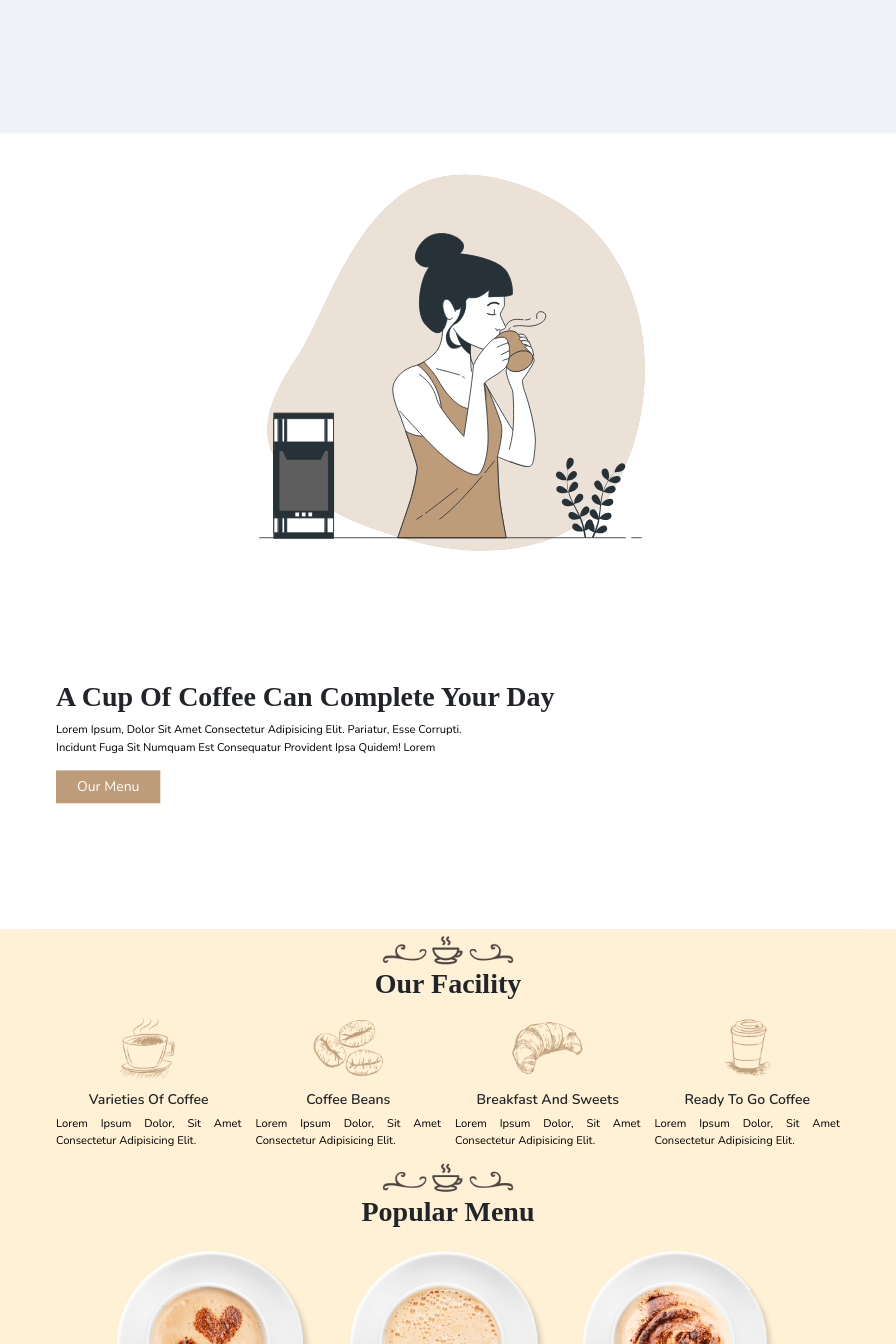
Repository: Ragavan728/coffee_full
Page: index.html
An editor plug-in stored every save of this project. The page is shown before and after a run of saves, followed by the edit.
The browser window is 1280 px wide. The pictures show the part of the page from y = 501 to 2421 px (the page is 5564 px tall before and 5087 px after), at 70% of full size.
Some web fonts or font styles are not loaded; a fallback is used.

Above is the page before, as saved 2025-02-10 16:04:05.

### index.html
<!DOCTYPE html>
<html lang="en">

<head>
    <meta charset="UTF-8">
    <meta name="viewport" content="width=device-width, initial-scale=1.0">
    <title>Coffee Shop</title>
    <link rel="shortcut icon" href="./assets/images/logo.png" type="image/x-icon">
    <link rel="stylesheet" href="./style.css">
    <link rel="stylesheet" href="https://cdnjs.cloudflare.com/ajax/libs/font-awesome/6.7.2/css/all.min.css"
        integrity="sha512-Evv84Mr4kqVGRNSgIGL/F/aIDqQb7xQ2vcrdIwxfjThSH8CSR7PBEakCr51Ck+w+/U6swU2Im1vVX0SVk9ABhg=="
        crossorigin="anonymous" referrerpolicy="no-referrer" />
    <!-- <link rel="stylesheet" href="./cssSequence.css"> -->
</head>

<body>
    <header>
        <nav class="navBar"> <!-- component -->
            <div class="navContainer align"> <!-- componentContainer -->
                <div class="navBody grid-2"> <!-- row 1 -->
                    <div class="logoBlock dflex"> <!-- column 1 -->
                        <figure class="logoBox dflex"> <!-- subColumn 1 -->
                            <img src="./assets/images/logo.png" alt="logo">
                        </figure>
                    </div>
                    <div class="navlinkBlock dflex"> <!-- column 2 -->
                        <ul class="navlinkBox dflex"> <!-- subcolumn 1 -->
                            <li><a href="">Home</a></li>
                            <li><a href="">About</a></li>
                            <li><a href="">Menu</a></li>
                            <li><a href="">Gallery</a></li>
                            <li><a href="">Team</a></li>
                            <li><a href="">Contact</a></li>
                        </ul>
                    </div>
                </div>
            </div>
        </nav>
        <section class="heroSection componentSpacing"> <!-- component -->
            <div class="heroContainer align"> <!-- componentContainer -->
                <div class="heroBody grid-1"> <!-- row 1 -->
                    <div class="heroBlock dflex"> <!-- column 1 -->
                        <div class="heroBox dflex-col"> <!-- subcolumn 1 -->
                            <h1>Coffee Heaven</h1>
                            <p>Lorem Ipsum, Dolor Sit Amet Consectetur
                                Adipisicing Elit. Adipisci Ipsa Id Vero
                                Perferendis, Reiciendis Dolores!</p>
                            <button type="button">About Us</button>
                        </div>
                    </div>
                </div>
            </div>
        </section>
    </header>
    <main>
        <section class="ourMenu componentSpacing"> <!-- component -->
            <div class="ourMenuContainer align"> <!-- componentContainer  -->
                <div class="ourMenuBody"> <!-- row 1 -->
                    <div class="ourMenuImgBlock"> <!-- column 1 -->
                        <figure class="ourMenuImgBox"> <!-- subColumn 1 -->
                            <img src="./assets/images/ourmenu.svg" alt="menuImg">
                        </figure>
                    </div>
                    <div class="ourMenuBlock"> <!-- column 2 -->
                        <div class="ourMenuBox"> <!-- subcolumn 1 -->
                            <h2>A Cup Of Coffee Can Complete Your Day</h2>
                            <p>Lorem ipsum, dolor sit amet consectetur adipisicing elit. Pariatur, esse corrupti.
                                Incidunt fuga sit numquam est consequatur provident ipsa quidem! Lorem</p>
                            <button type="button">Our Menu</button>
                        </div>
                    </div>
                </div>
            </div>
        </section>
        <section class="ourFacility"> <!-- component -->
            <div class="ourFacilityContainer"> <!-- componentContainer -->
                <div class="headingBody"> <!-- row 1 -->
                    <div class="headingBlock"> <!-- column 1 -->
                        <div class="headingBox"> <!-- subcolumn 1 -->
                            <figure class="headingImg">
                                <img src="./assets/images/heading.png" alt="heading_design">
                            </figure>
                            <h2>our facility</h2>
                        </div>
                    </div>
                </div>
                <div class="facilityListsBody"> <!-- row 2 -->
                    <div class="facilityBlock"> <!-- column 1 -->
                        <div class="facilityCard"> <!-- subcolumn 1 -->
                            <figure class="facilityCardHead">
                                <img src="./assets/images/facility_1.png" alt="facility_01">
                            </figure>
                            <div class="facilityCardBody">
                                <h3>Varieties Of Coffee</h3>
                                <p>Lorem Ipsum Dolor, Sit Amet Consectetur Adipisicing Elit.</p>
                            </div>
                        </div>
                    </div>
                    <div class="facilityBlock"> <!-- column 2 -->
                        <div class="facilityCard"> <!-- subcolumn 1 -->
                            <figure class="facilityCardHead">
                                <img src="./assets/images/facility_2.png" alt="facility_02">
                            </figure>
                            <div class="facilityCardBody">
                                <h3>Coffee Beans</h3>
                                <p>Lorem Ipsum Dolor, Sit Amet Consectetur Adipisicing Elit.</p>
                            </div>
                        </div>
                    </div>
                    <div class="facilityBlock"> <!-- column 3 -->
                        <div class="facilityCard"> <!-- subcolumn 1 -->
                            <figure class="facilityCardHead">
                                <img src="./assets/images/facility_3.png" alt="facility_03">
                            </figure>
                            <div class="facilityCardBody">
                                <h3>Breakfast And Sweets</h3>
                                <p>Lorem Ipsum Dolor, Sit Amet Consectetur Adipisicing Elit.</p>
                            </div>
                        </div>
                    </div>
                    <div class="facilityBlock"> <!-- column 4 -->
                        <div class="facilityCard"> <!-- subcolumn 1 -->
                            <figure class="facilityCardHead">
                                <img src="./assets/images/facility_4.png" alt="facility_04">
                            </figure>
                            <div class="facilityCardBody">
                                <h3>Ready To Go Coffee</h3>
                                <p>Lorem Ipsum Dolor, Sit Amet Consectetur Adipisicing Elit.</p>
                            </div>
                        </div>
                    </div>
                </div>
            </div>
        </section>
        <section class="popularMenu"> <!-- component -->
            <div class="popularMenuContainer"> <!-- componentContainer -->
                <div class="headingBody"> <!-- row 1 -->
                    <div class="headingBlock"> <!-- column 1 -->
                        <div class="headingBox"> <!-- subcolumn 1 -->
                            <figure class="headingImg">
                                <img src="./assets/images/heading.png" alt="heading_design">
                            </figure>
                            <h2>Popular menu</h2>
                        </div>
                    </div>
                </div>
                <div class="popularMenuBody"> <!-- row 2 -->
                    <div class="popularMenuBlock"> <!-- column 1 -->
                        <div class="popularMenuCard"> <!-- subcolumn 1 -->
                            <figure class="popularCardHead">
                                <img src="./assets/images/popular_1.png" alt="popular_01">
                            </figure>
                            <div class="popularCardBody">
                                <p>love you coffee</p>
                            </div>
                        </div>
                    </div>
                    <div class="popularMenuBlock"> <!-- column 2 -->
                        <div class="popularMenuCard"> <!-- subcolumn 1 -->
                            <figure class="popularCardHead">
                                <img src="./assets/images/popular_2.png" alt="popular_02">
                            </figure>
                            <div class="popularCardBody">
                                <p>Cappuccino</p>
                            </div>
                        </div>
                    </div>
                    <div class="popularMenuBlock"> <!-- column 3 -->
                        <div class="popularMenuCard"> <!-- subcolumn 1 -->
                            <figure class="popularCardHead">
                                <img src="./assets/images/popular_3.png" alt="popular_03">
                            </figure>
                            <div class="popularCardBody">
                                <p>Mocha Coffee</p>
                            </div>
                        </div>
                    </div>
                    <div class="popularMenuBlock"> <!-- column 4 -->
                        <div class="popularMenuCard"> <!-- subcolumn 1 -->
                            <figure class="popularCardHead">
                                <img src="./assets/images/popular_4.png" alt="popular_04">
                            </figure>
                            <div class="popularCardBody">
                                <p>Frappuccino</p>
                            </div>
                        </div>
                    </div>
                    <div class="popularMenuBlock"> <!-- column 5 -->
                        <div class="popularMenuCard"> <!-- subcolumn 1 -->
                            <figure class="popularCardHead">
                                <img src="./assets/images/popular_5.png" alt="popular_05">
                            </figure>
                            <div class="popularCardBody">
                                <p>Black Coffee</p>
                            </div>
                        </div>
                    </div>
                    <div class="popularMenuBlock"> <!-- column 6 -->
                        <div class="popularMenuCard"> <!-- subcolumn 1 -->
                            <figure class="popularCardHead">
                                <img src="./assets/images/popular_6.png" alt="popular_06">
                            </figure>
                            <div class="popularCardBody">
                                <p>Love Heart Coffee</p>
                            </div>
                        </div>
                    </div>
                </div>
            </div>
        </section>
        <section class="ourGallery"> <!-- component -->
            <div class="ourGalleryContainer"> <!-- componentContainer -->
                <div class="headingBody"> <!-- row 1 -->
                    <div class="headingBlock"> <!-- column 1 -->
                        <div class="headingBox"> <!-- subcolumn 1 -->
                            <figure class="headingImg">
                                <img src="./assets/images/heading.png" alt="heading_design">
                            </figure>
                            <h2>our gallery</h2>
                        </div>
                    </div>
                </div>
                <div class="ourGalleryBody"> <!-- row 2 -->
                    <div class="ourGalleryBlock"> <!-- column 1 -->
                        <div class="ourGalleryCard"> <!-- subcolumn 1 -->
                            <figure class="cardHead">
                                <img src="./assets/images/gallery_1.webp" alt="gallery_1">
                            </figure>
                        </div>
                    </div>
                    <div class="ourGalleryBlock"> <!-- column 2 -->
                        <div class="ourGalleryCard"> <!-- subcolumn 1 -->
                            <figure class="cardHead">
                                <img src="./assets/images/gallery_2.webp" alt="gallery_2">
                            </figure>
                        </div>
                    </div>
                    <div class="ourGalleryBlock"> <!-- column 3 -->
                        <div class="ourGalleryCard"> <!-- subcolumn 1 -->
                            <figure class="cardHead">
                                <img src="./assets/images/gallery_3.webp" alt="gallery_3">
                            </figure>
                        </div>
                    </div>
                    <div class="ourGalleryBlock"> <!-- column 4 -->
                        <div class="ourGalleryCard"> <!-- subcolumn 1 -->
                            <figure class="cardHead">
                                <img src="./assets/images/gallery_4.webp" alt="gallery_4">
                            </figure>
                        </div>
                    </div>
                    <div class="ourGalleryBlock"> <!-- column 5 -->
                        <div class="ourGalleryCard"> <!-- subcolumn 1 -->
                            <figure class="cardHead">
                                <img src="./assets/images/gallery_5.webp" alt="gallery_5">
                            </figure>
                        </div>
                    </div>
                    <div class="ourGalleryBlock"> <!-- column 6 -->
                        <div class="ourGalleryCard"> <!-- subcolumn 1 -->
                            <figure class="cardHead">
                                <img src="./assets/images/gallery_6.webp" alt="gallery_6">
                            </figure>
                        </div>
                    </div>
                </div>
            </div>
        </section>
        <section class="ourTeam"> <!-- component -->
            <div class="ourTeamContainer"> <!-- componentContainer -->
                <div class="headingBody"> <!-- row 1 -->
                    <div class="headingBlock"> <!-- column 1 -->
                        <div class="headingBox"> <!-- subcolumn 1 -->
                            <figure class="headingImg">
                                <img src="./assets/images/heading.png" alt="heading_design">
                            </figure>
                            <h2>our team</h2>
                        </div>
                    </div>
                </div>
                <div class="ourTeamBody"> <!-- row 2 -->
                    <div class="ourTeamBlock"> <!-- column 1 -->
                        <div class="ourTeamCard"> <!-- subcolumn 1 -->
                            <figure class="teamCardHead">
                                <img src="./assets/images/team_1.jpg" alt="team_1">
                            </figure>
                            <div class="teamCardBody">
                                <p>john deo</p>
                            </div>
                        </div>
                    </div>
                    <div class="ourTeamBlock "> <!-- column 2 -->
                        <div class="ourTeamBox"> <!-- subcolumn 1 -->
                            <figure class="teamCardHead">
                                <img src="./assets/images/team_2.jpg" alt="team_2">
                            </figure>
                            <div class="teamCardBody">
                                <p>john deo</p>
                            </div>
                        </div>
                    </div>
                    <div class="ourTeamBlock "> <!-- column 3 -->
                        <div class="ourTeamBox"> <!-- subcolumn 1 -->
                            <figure class="teamCardHead">
                                <img src="./assets/images/team_3.jpg" alt="team_3">
                            </figure>
                            <div class="teamCardBody">
                                <p>john deo</p>
                            </div>
                        </div>
                    </div>
                    <div class="ourTeamBlock "> <!-- column 4 -->
                        <div class="ourTeamBox"> <!-- subcolumn 1 -->
                            <figure class="teamCardHead">
                                <img src="./assets/images/team_4.jpg" alt="team_4">
                            </figure>
                            <div class="teamCardBody">
                                <p>john deo</p>
                            </div>
                        </div>
                    </div>
                    <div class="ourTeamBlock "> <!-- column 5 -->
                        <div class="ourTeamBox"> <!-- subcolumn 1 -->
                            <figure class="teamCardHead">
                                <img src="./assets/images/team_5.jpg" alt="team_5">
                            </figure>
                            <div class="teamCardBody">
                                <p>john deo</p>
                            </div>
                        </div>
                    </div>
                    <div class="ourTeamBlock "> <!-- column 6 -->
                        <div class="ourTeamBox"> <!-- subcolumn 1 -->
                            <figure class="teamCardHead">
                                <img src="./assets/images/team_6.jpg" alt="team_6">
                            </figure>
                            <div class="teamCardBody">
                                <p>john deo</p>
                            </div>
                        </div>
                    </div>
                </div>
            </div>
        </section>
        <section class="contactUs"> <!-- component -->
            <div class="contactContainer"> <!-- componentContainer -->
                <div class="headingBody"> <!-- row 1 -->
                    <div class="headingBlock"> <!-- column 1 -->
                        <div class="headingBox"> <!-- subcolumn 1 -->
                            <figure class="headingImg">
                                <img src="./assets/images/heading.png" alt="heading_design">
                            </figure>
                            <h2>contact us</h2>
                        </div>
                    </div>
                </div>
                <div class="contactUsBody"> <!-- row 2 -->
                    <div class="contactUsImgBlock"> <!-- column 1 -->
                        <figure class="imgBox"> <!-- subcolumn 1 -->
                            <img src="./assets/images/contact-img (1).jpg" alt="">
                        </figure>
                    </div>
                    <div class="contactFormBlock"> <!-- column 2 -->


                    </div>
                </div>
            </div>
        </section>
    </main>
    <footer>
        <section class="footer"> <!-- component -->
            <div class="footerContainer"> <!-- componentContainer -->
                <div class="footerBody"> <!-- row 1 -->
                    <div class="footerBlock"> <!-- column 1 -->
                        <div class="footerCard"> <!-- subcolumn 1 -->
                            <div class="cardHead">
                                <i class="fa-solid fa-envelope"></i>
                            </div>
                            <div class="cardBody">
                                <h5>our email</h5>
                                <p>shaakshi@gmail.com</p>
                                <p>hyhy@gmail.com</p>
                            </div>
                        </div>
                    </div>
                    <div class="footerBlock"> <!-- column 2 -->
                        <div class="footerCard"> <!-- subcolumn 1 -->
                            <div class="cardHead">
                                <i class="fa-regular fa-clock"></i>
                            </div>
                            <div class="cardBody">
                                <h5>opening hours</h5>
                                <p>07:00am to 09:00pm</p>
                            </div>
                        </div>
                    </div>
                    <div class="footerBlock"> <!-- column 3 -->
                        <div class="footerCard"> <!-- subcolumn 1 -->
                            <div class="cardHead">
                                <i class="fa-solid fa-location-dot"></i>
                            </div>
                            <div class="cardBody">
                                <h5>shop location</h5>
                                <p>mumbai, india- 400101</p>
                            </div>
                        </div>
                    </div>
                    <div class="footerBlock"> <!-- column 4 -->
                        <div class="footerCard"> <!-- subcolumn 1 -->
                            <div class="cardHead">
                                <i class="fa-solid fa-phone"></i>
                            </div>
                            <div class="cardBody">
                                <h5>our number</h5>
                                <p>+91-123-456-7890</p>
                                <p>+91-111-222-3333</p>
                            </div>
                        </div>
                    </div>
                </div>
                <div class="copyrightsBody"> <!-- row 2 -->
                    <div class="copyrightsBlock"> <!-- column 1  -->
                        <div class="copyrightsBox"> <!-- subcolumn 1 -->
                            <p>
                                © copyright @ 2022 by <span>mr. web designer</span> | all rights reserved
                            </p>
                        </div>
                    </div>
                </div>
            </div>
        </section>
    </footer>
</body>

</html>

Loaded but not shown: style.css (1053 lines, source omitted)

After the next 2 saves:
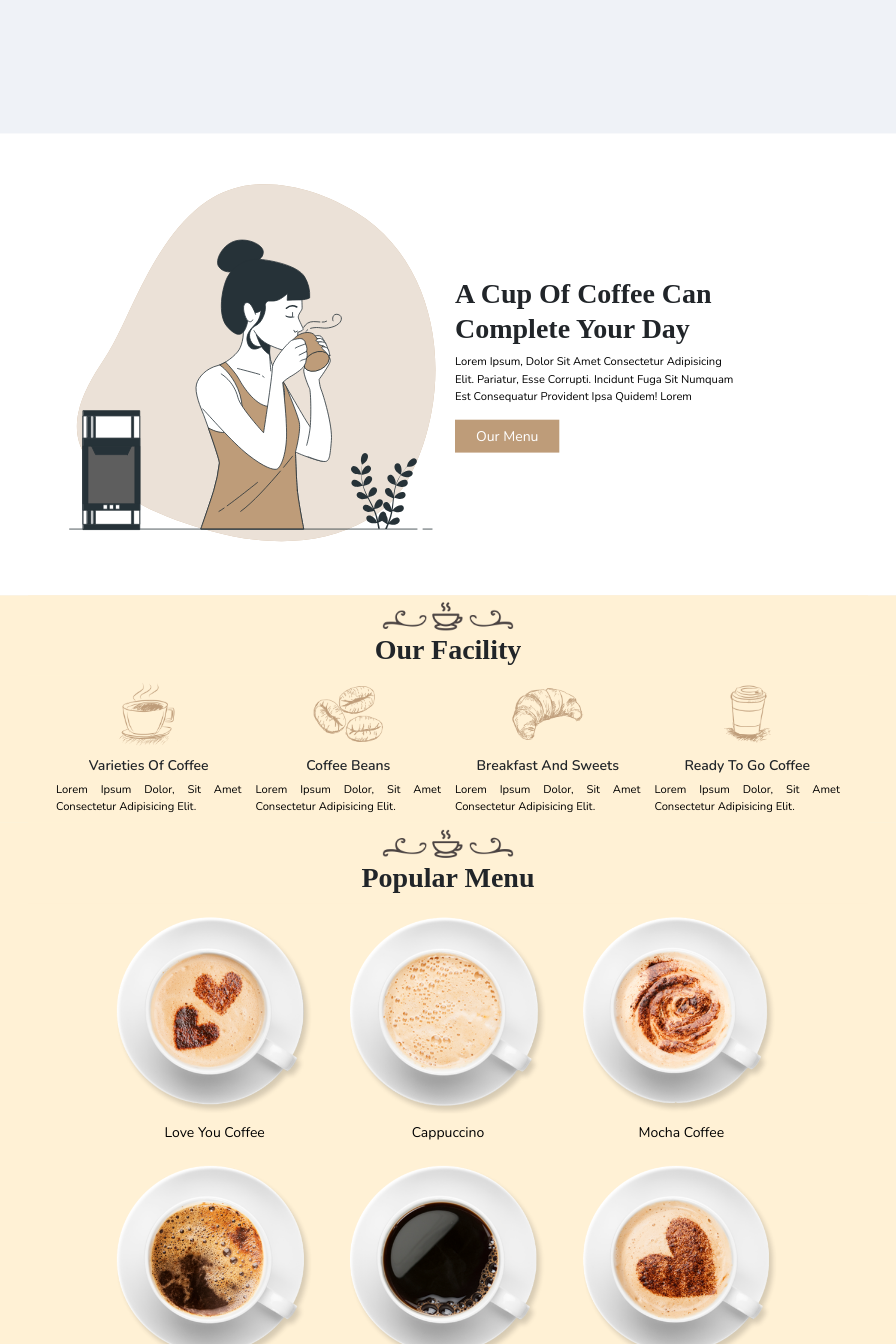
The 2 saves are shown as one change because they came seconds apart.
The last was saved 15 s later.
--- a/index.html
+++ b/index.html
@@ -55,7 +55,7 @@
     <main>
         <section class="ourMenu componentSpacing"> <!-- component -->
             <div class="ourMenuContainer align"> <!-- componentContainer  -->
-                <div class="ourMenuBody"> <!-- row 1 -->
+                <div class="ourMenuBody grid-2"> <!-- row 1 -->
                     <div class="ourMenuImgBlock"> <!-- column 1 -->
                         <figure class="ourMenuImgBox"> <!-- subColumn 1 -->
                             <img src="./assets/images/ourmenu.svg" alt="menuImg">
